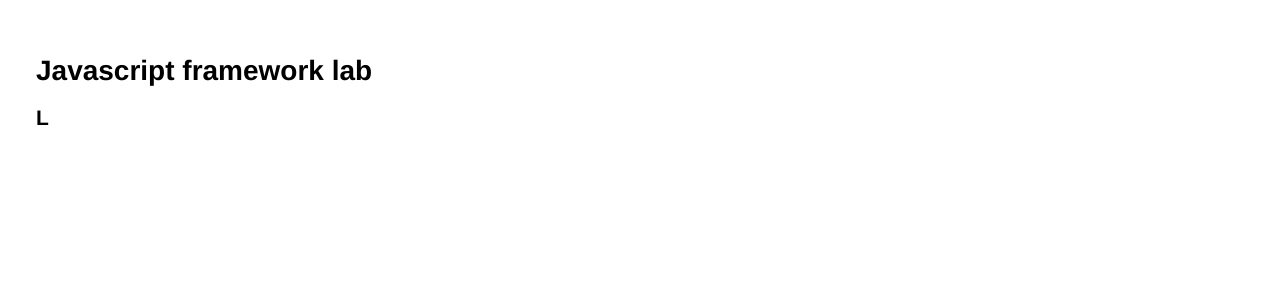
Repository: alboss/bit-175
Page: docs/js-framework.html
The author's editor kept a copy of each file at every save. The page is drawn from the files as they stood at one save, then again after the next save.
The browser window is 1280 px wide. The pictures show the whole page.

Above is the page before, as saved 2023-05-11 11:52:52.

### docs/js-framework.html
<!DOCTYPE html>
<html lang="en">
  <head>
    <meta charset="UTF-8" />
    <meta http-equiv="X-UA-Compatible" content="IE=edge" />
    <meta name="viewport" content="width=device-width, initial-scale=1.0" />
    <title>Javascript framework lab</title>
    <link rel="stylesheet" type="text/css" href="./styles/styles.css" />
  </head>

  <body>
    <header>
      <h1>Javascript framework lab</h1>
    </header>

    <main>
<h2>L</h2>


    </main>

  </body>
</html>

### docs/styles/styles.css
body {
  font-family: Helvetica, Arial, Sans-serif;
  font-size: 14px;
  padding: 2em;
}
#description {
  border: 2px solid #999;
  padding: 2em;
  margin: 2em;
}
#lead {
  font-size: 1.2em;
  color: #666;
}
.highlight {
  background-color: yellow;
  font-weight: bold;
}

nav.top ul {
  display: flex;
}
nav.top ul li {
  margin: 0px;
  padding: 10px 25px;
  border-inline: 2px solid #333;
  margin-left: -2px;
  background-color: cornsilk;
  list-style: none;
}
nav.top ul li:hover {
  background-color: blanchedalmond;
  list-style: none;
  display: block;
}

After the next save:
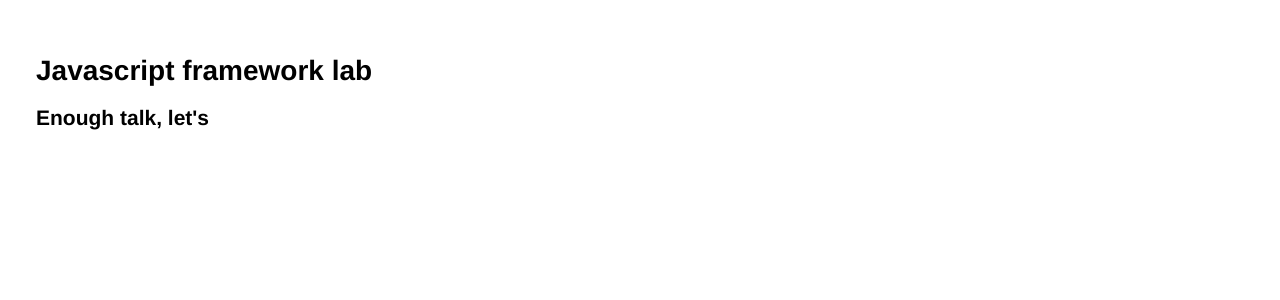
Saved 5 s later.
--- a/docs/js-framework.html
+++ b/docs/js-framework.html
@@ -14,7 +14,7 @@
     </header>
 
     <main>
-<h2>L</h2>
+<h2>Enough talk, let's </h2>
 
 
     </main>
